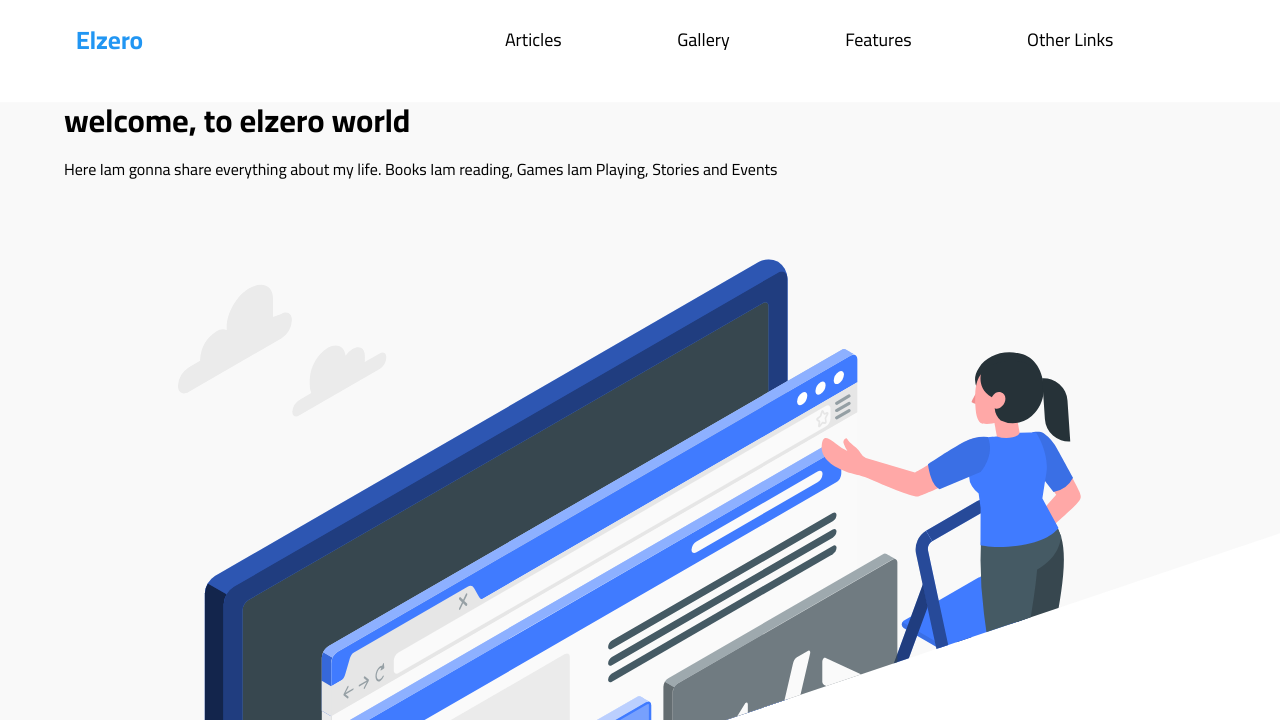
Repository: Toqa-25/elzeroAcdemey-Templete
Page: index.html
The author's editor kept a copy of each file at every save. The page is drawn from the files as they stood at one save, then again after a run of saves.
The browser window is 1280 px wide. The pictures show the whole page.

Above is the page before, as saved 2022-01-16 21:12:52.

After the next 3 saves:
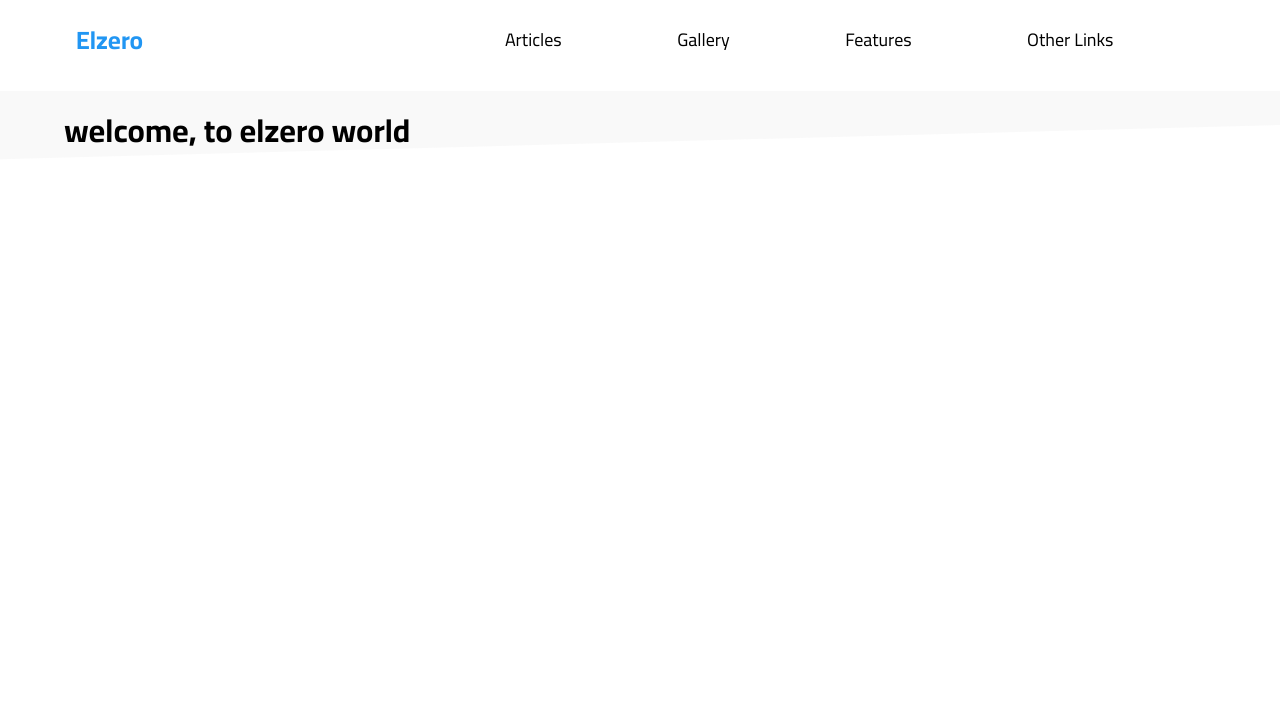
The 3 saves are shown as one change because they came seconds apart.
The last was saved 9 s later.
--- a/css/style.css
+++ b/css/style.css
@@ -257,5 +257,5 @@ nav{
     margin-bottom: 500px;
 }
 .welcome-content{
-    dis
-}
+    display: flex;
+}
